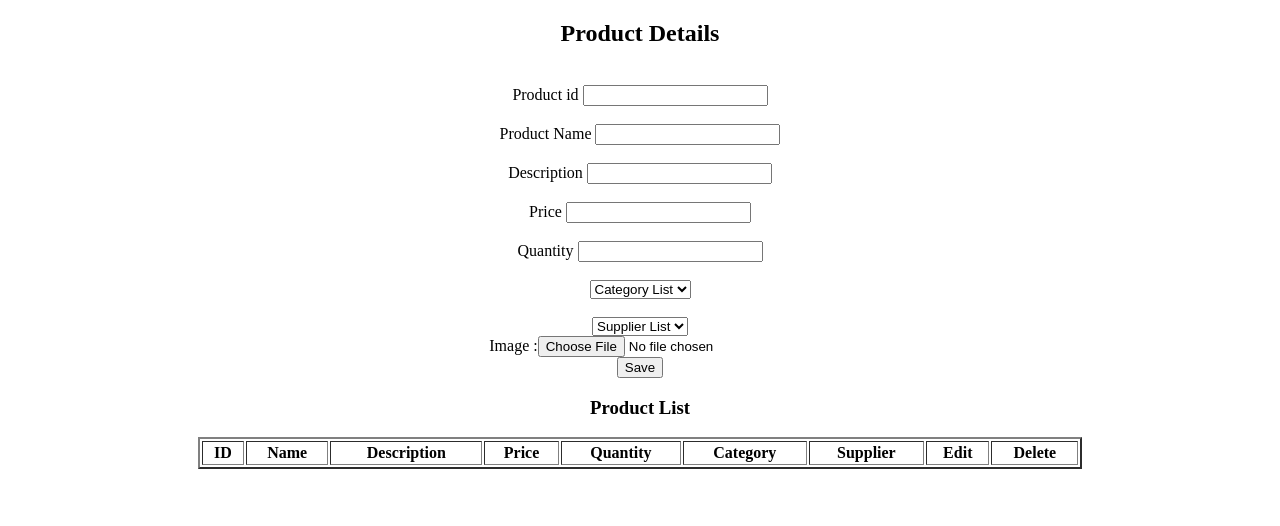
Repository: maravinthan006/springmvc
Page: http://localhost/shoppingcart/WEB-INF/view/Product.jsp
These files come from the project's save history. The page is drawn as it stood at one moment and after the next save; the edit follows.
The browser window is 1280 px wide. The pictures show the whole page.
The page is served by Tomcat 9. Nobody is signed in. Other server files are loaded and not shown. The template is opened directly, without the code that normally fills it, so the values that code supplies are empty.

Above is the page before, as saved 2017-04-07 08:38:37.

### Workspace/shoppingcart/src/main/webapp/WEB-INF/view/Product.jsp
<%@ page language="java" contentType="text/html; charset=ISO-8859-1"
    pageEncoding="ISO-8859-1"%>
    <%@ taglib prefix="c"
           uri="http://java.sun.com/jsp/jstl/core" %>

<%@ taglib uri="http://www.springframework.org/tags/form" prefix="form" %>
<!DOCTYPE html PUBLIC "-//W3C//DTD HTML 4.01 Transitional//EN" "http://www.w3.org/TR/html4/loose.dtd">
<html>
<head>
<meta http-equiv="Content-Type" content="text/html; charset=ISO-8859-1">
<title>Product</title>
</head>
<body>
<center>
      <h2>Product Details</h2>


      <form:form action="saveproduct" commandName="product" method="post" enctype="multipart/form-data">
          <br> <label for="id">Product id</label>
          <input type="text" name="id" value="${values.id}" class="form-control" /><br>

          <br><label for="inputName">Product Name</label>
          <input type="text" name="name" value="${values.name}" class="form-control" /><br>

          <br><label for="inputDescription">Description</label>
          <input type="text" name="description" value="${values.description}" class="form-control" /><br>

          <br><label for="inputPrice">Price</label>
          <input type="text" name="price" value="${values.price}"  class="form-control" /><br>

          <br><label for="inputQuantity"> Quantity</label>
          <input type="text" name="quantity" value="${values.quantity}" class="form-control" /><br>

<br><select name="category_id">
<option value=category>Category List</option>
<c:forEach var="category" items="${category_drop}">
<option  value="${category.id}">${category.name} </option>
</c:forEach>
</select>
<br>

 <br><select name="supplier_id">
<option value=supplier>Supplier List</option>
<c:forEach var="supplier" items="${supplier_drop}">
<option value="${supplier.id}">${supplier.name}</option>
 </c:forEach>
</select>
<br>

 <label for="image">Image :</label><form:input path="image" type="file"/>
 <br> <button type="submit" class="btn btn btn-primary">
          Save
        </button>  <br>
        </form:form>
        </center>

    <div align="center"><h3>Product List</h3>
   		<table border="2" width="70%" cellpadding="2">
  			<tr>
  				<th>ID</th>
				<th>Name</th>
				<th>Description</th>
				<th>Price</th>
				<th>Quantity</th>
				<th>Category</th>
				<th>Supplier</th>
				<th>Edit</th>
				<th>Delete</th>
			</tr>
   <c:forEach var="product" items="${productList}">
				<tr>
					<td>${product.id}</td>
					<td>${product.name}</td>
					<td>${product.description}</td>
					<td>${product.price}</td>
					<td>${product.quantity}</td>
					<td>${product.category_id}</td>
					<td>${product.supplier_id}</td>

					<td><a href="editproduct?productId=${product.id}">Edit</a></td>

					<td><a href="deleteproduct?productId=${product.id}">Delete</a></td>
				</tr>
			</c:forEach>
		</table>
    </div>
     </body>
</html>

After the next save:
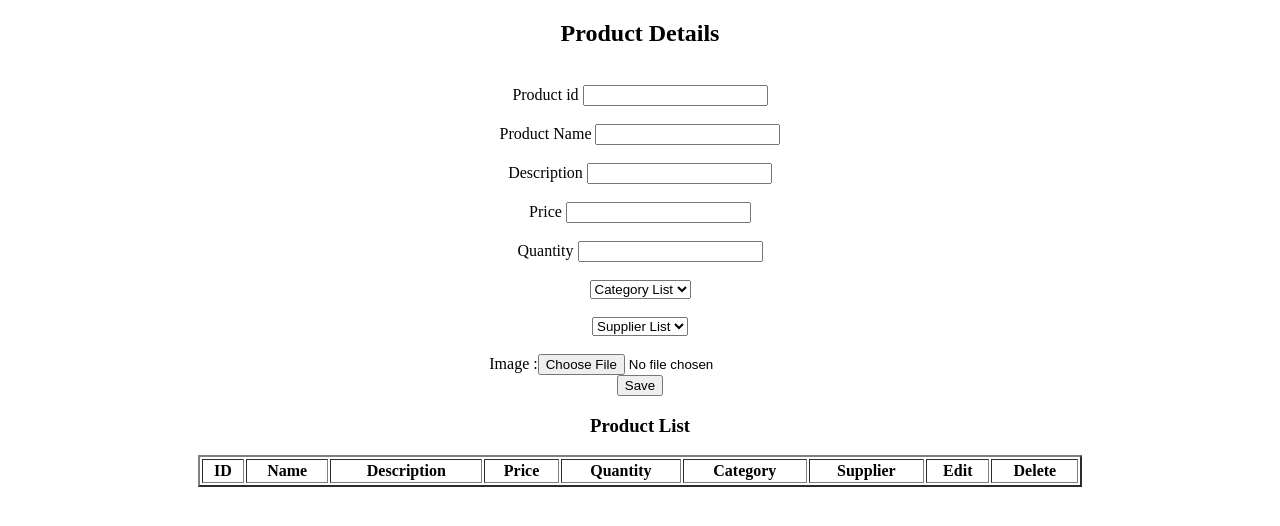
Saved 33 min 27 s later.
--- a/Workspace/shoppingcart/src/main/webapp/WEB-INF/view/Product.jsp
+++ b/Workspace/shoppingcart/src/main/webapp/WEB-INF/view/Product.jsp
@@ -46,8 +46,7 @@
  </c:forEach>
 </select>
 <br>
-
- <label for="image">Image :</label><form:input path="image" type="file"/>
+ <br><label for="image">Image :</label><form:input path="image" type="file"/>
  <br> <button type="submit" class="btn btn btn-primary">
           Save
         </button>  <br>
